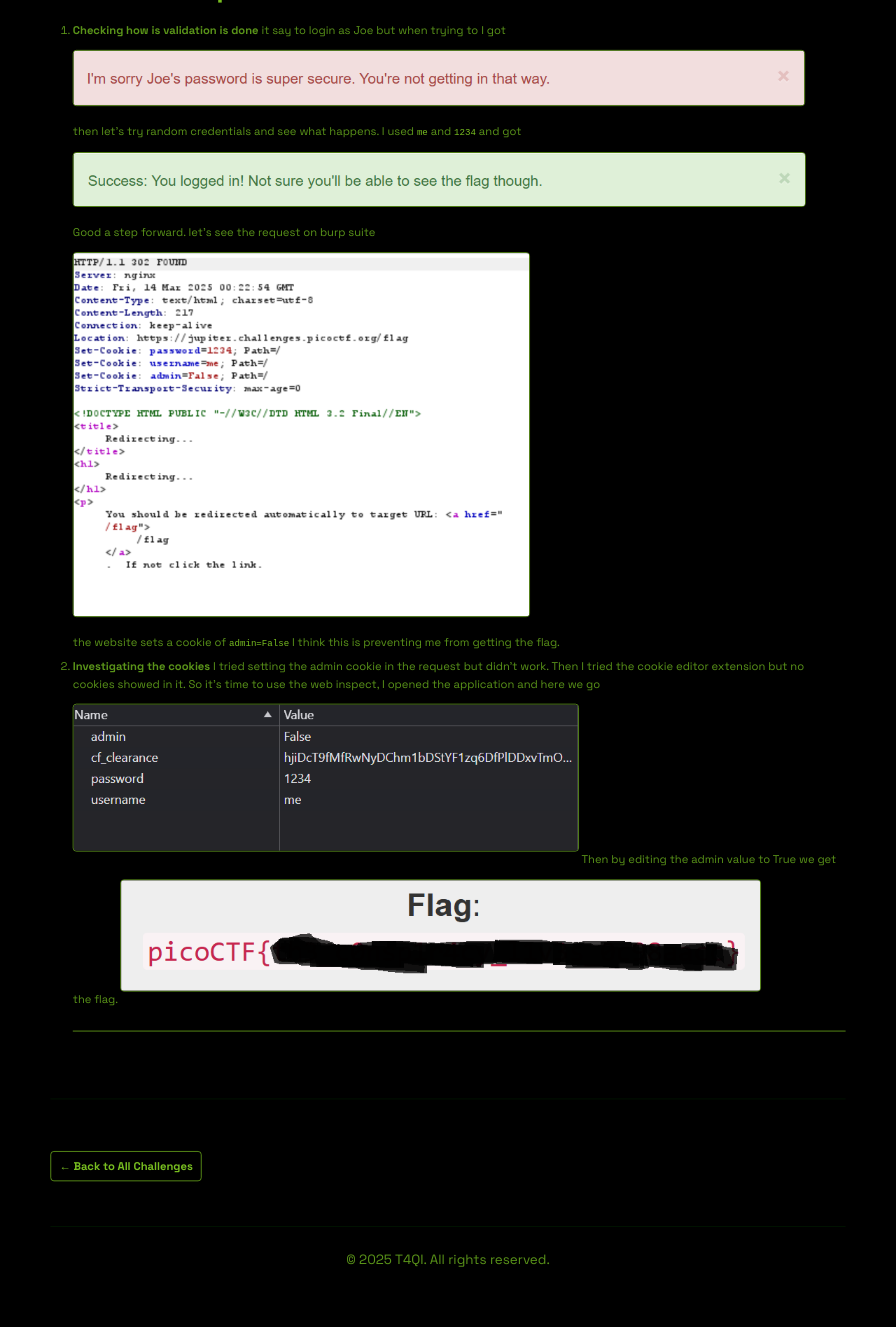
Repository: mohamedsoliman-tq/Website
Page: blogs/picoCTF/logon.html
The author's editor kept a copy of each file at every save. The page is drawn from the files as they stood at one save, then again after a run of saves.
The browser window is 1280 px wide. The pictures show the part of the page from y = 1589 to 3509 px (the page is 3484 px tall before and 3509 px after), at 70% of full size.

Above is the page before, as saved 2025-03-14 03:04:45.

### blogs/picoCTF/logon.html
<!DOCTYPE html>
<html>

<head>
    <meta charset="UTF-8">
    <meta name="viewport" content="width=device-width, initial-scale=1.0">
    <title>Logon</title>
    <link rel="stylesheet" href="/css/blog.css">
</head>

<body>
    <nav>
        <ul>
            <li><a href="/">Home</a></li>
            <li><a href="/Projects.html">Projects</a></li>
            <li><a href="/Blogs.html">Blog</a></li>
        </ul>
    </nav>
    <div class="container">
        <div class="section" id="12---logon---security-challenge-write-up">
            <h1>12 - logon - Security Challenge Write-Up</h1>

            <p><strong>Date:</strong> 14/03/2025 </p>
            <p><strong>Challenge Category:</strong> #Web-Security </p>
            <p>Platform: #picoCTF </p>
            <p><strong>Difficulty:</strong> #Easy </p>
            <p><strong>Status:</strong> #Solved </p>

            <hr>
        </div>
        <div class="section" id="problem-description">
            <h2>Problem Description</h2>

            <p>*The factory is hiding things from all of its users. Can you login as Joe and find what they've been
                looking at? <code>https://jupiter.challenges.picoctf.org/problem/44573/</code> (<a
                    href="https://jupiter.challenges.picoctf.org/problem/44573/" class="read-more">link</a>) or
                http://jupiter.challenges.picoctf.org:44573</p>

            <p>- <strong>Target:</strong> https://jupiter.challenges.picoctf.org/problem/44573/</p>
            <p>- <strong>Goal:</strong> extract a flag</p>
            <p>- <strong>Initial Observations:</strong> Nothing interesting</p>
            <hr>

        </div>
        <div class="section" id="tools-used">
            <h2>Tools Used</h2>

            <p>- Web Inspect</p>

            <hr>

        </div>
        <div class="section" id="solution-steps">
            <h2>Solution Steps</h2>


            <ol>
                <li><strong>Checking how is validation is done</strong> it say to login as Joe but when trying to I got
                    <br><img src="pics/Pasted image 20250314021830.png" alt="Pasted image 20250314021830.png"><br> then
                    let's try random credentials and see what happens. I used <code>me</code> and <code>1234</code> and
                    got <br><img src="pics/Pasted image 20250314022019.png" alt="Pasted image 20250314022019.png"><br> Good a
                    step forward. let's see the request on burp suite <br><img src="pics/Pasted image 20250314022203.png"
                        alt="Pasted image 20250314022203.png"><br> the website sets a cookie of <code>admin=False</code> I
                    think this is preventing me from getting the flag. </li>
                <li><strong>Investigating the cookies</strong> I tried setting the admin cookie in the request but
                    didn't work. Then I tried the cookie editor extension but no cookies showed in it. So it's time to
                    use the web inspect, I opened the application and here we go <img
                        src="pics/Pasted image 20250314022639.png" alt="Pasted image 20250314022639.png"> Then by
                    editing the admin value to True we get the flag. <img src="pics/Pasted image 20250314022828.png"
                        alt="Pasted image 20250314022828.png">
                    <hr>
                </li>
            </ol>
        </div>
        <div class="section">
            <a href="/blogs/picoCTF/picoCTF.html" class="read-more">← Back to All Challenges</a>
        </div>
        <footer>
            <p>&copy; 2025 T4QI. All rights reserved.</p>
        </footer>
    </div>
</body>

</html>

### css/blog.css
@import url('https://fonts.googleapis.com/css2?family=Space+Grotesk:wght@300;400;700&display=swap');

    :root {
        --primary-black: #000000;
        --green-accent: #78BE20;
        --dark-green: #5a9419;
    }

    * {
        margin: 0;
        padding: 0;
        box-sizing: border-box;
        font-family: 'Space Grotesk', sans-serif;
    }

    body {
        background-color: var(--primary-black);
        color: var(--green-accent);
        line-height: 1.6;
    }

    .container {
        max-width: 1200px;
        margin: 0 auto;
        padding: 2rem;
    }

    .section {
        padding: 4rem 0;
        border-bottom: 1px solid #001a00;
    }

    /* Navigation Styles */
    nav {
        background: rgba(0, 0, 0, 0.95);
        padding: 1rem;
        position: sticky;
        top: 0;
        border-bottom: 2px solid var(--green-accent);
        z-index: 100;
    }

    nav ul {
        display: flex;
        justify-content: space-around;
        list-style: none;
    }

    nav a {
        color: var(--green-accent);
        text-decoration: none;
        padding: 0.5rem 1rem;
        transition: all 0.3s;
    }

    nav a:hover {
        color: var(--dark-green);
        text-shadow: 0 0 10px var(--green-accent);
    }

    /* Hero Section Styles */
    .hero {
        text-align: center;
        padding: 4rem 0;
        background: linear-gradient(45deg, var(--primary-black), #001100);
    }

    h1, h2, h3, h4, h5, h6 {
        color: var(--green-accent);
        margin-bottom: 1rem;
    }

    h1 {
        font-size: 3.5rem;
        text-shadow: 0 0 15px var(--green-accent);
    }

    h2 {
        font-size: 2.5rem;
    }

    p {
        color: var(--dark-green);
        font-size: 1.2rem;
        margin-bottom: 1rem;
    }

    /* Code blocks */
    pre {
        background: #000a00;
        padding: 1.5rem;
        border-radius: 5px;
        border: 1px solid var(--green-accent);
        overflow-x: auto;
        margin: 1.5rem 0;
    }

    code {
        font-family: monospace;
        color: var(--green-accent);
    }

    /* List styling */
    ul, ol {
        margin-left: 2rem;
        margin-bottom: 1.5rem;
        color: var(--dark-green);
    }

    li {
        margin-bottom: 0.5rem;
    }

    /* Links */
    a {
        color: var(--green-accent);
        text-decoration: none;
        transition: all 0.3s;
    }

    a:hover {
        color: var(--dark-green);
        text-shadow: 0 0 10px var(--green-accent);
    }

    .read-more {
        display: inline-block;
        margin-top: 10px;
        padding: 8px 12px;
        font-size: 1rem;
        font-weight: bold;
        color: var(--green-accent);
        text-decoration: none;
        border: 1px solid var(--green-accent);
        border-radius: 5px;
        transition: all 0.3s ease;
    }

    .read-more:hover {
        background-color: var(--green-accent);
        color: var(--primary-black);
        box-shadow: 0 0 10px var(--green-accent);
    }

    /* Images */
    img {
        max-width: 100%;
        border: 1px solid var(--green-accent);
        border-radius: 5px;
        margin: 1rem 0;
    }

    /* Horizontal rule */
    hr {
        border: none;
        height: 1px;
        background-color: var(--green-accent);
        margin: 2rem 0;
    }

    /* Responsive adjustments */
    @media (max-width: 768px) {
        h1 {
            font-size: 2.5rem;
        }

        .container {
            padding: 1rem;
        }

        .section {
            padding: 2rem 0;
        }
    }

    footer {
        text-align: center;
        padding: 2rem;
        color: var(--green-accent);
    }
    .callout {
        padding: 1rem;
        margin: 1rem 0;
        border-radius: 5px;
        border-left: 4px solid #4b6bfb;
        background-color: rgba(75, 107, 251, 0.1);
    }
    .callout-title {
        font-weight: bold;
        margin-bottom: 0.5rem;
    }
    .callout-note { border-left-color: #4b6bfb; background-color: rgba(75, 107, 251, 0.1); }
    .callout-info { border-left-color: #0288d1; background-color: rgba(2, 136, 209, 0.1); }
    .callout-warning { border-left-color: #ffa726; background-color: rgba(255, 167, 38, 0.1); }
    .callout-danger { border-left-color: #ef5350; background-color: rgba(239, 83, 80, 0.1); }
    .callout-success { border-left-color: #66bb6a; background-color: rgba(102, 187, 106, 0.1); }
    .internal-link { color: #7c3aed; text-decoration: none; border-bottom: 1px dotted; }
    .internal-link:hover { text-decoration: underline; }
    mark { background-color: #fff176; padding: 0 2px; }
    .markdown-image { max-width: 100%; height: auto; display: block; margin: 1rem 0; }

After the next 8 saves:
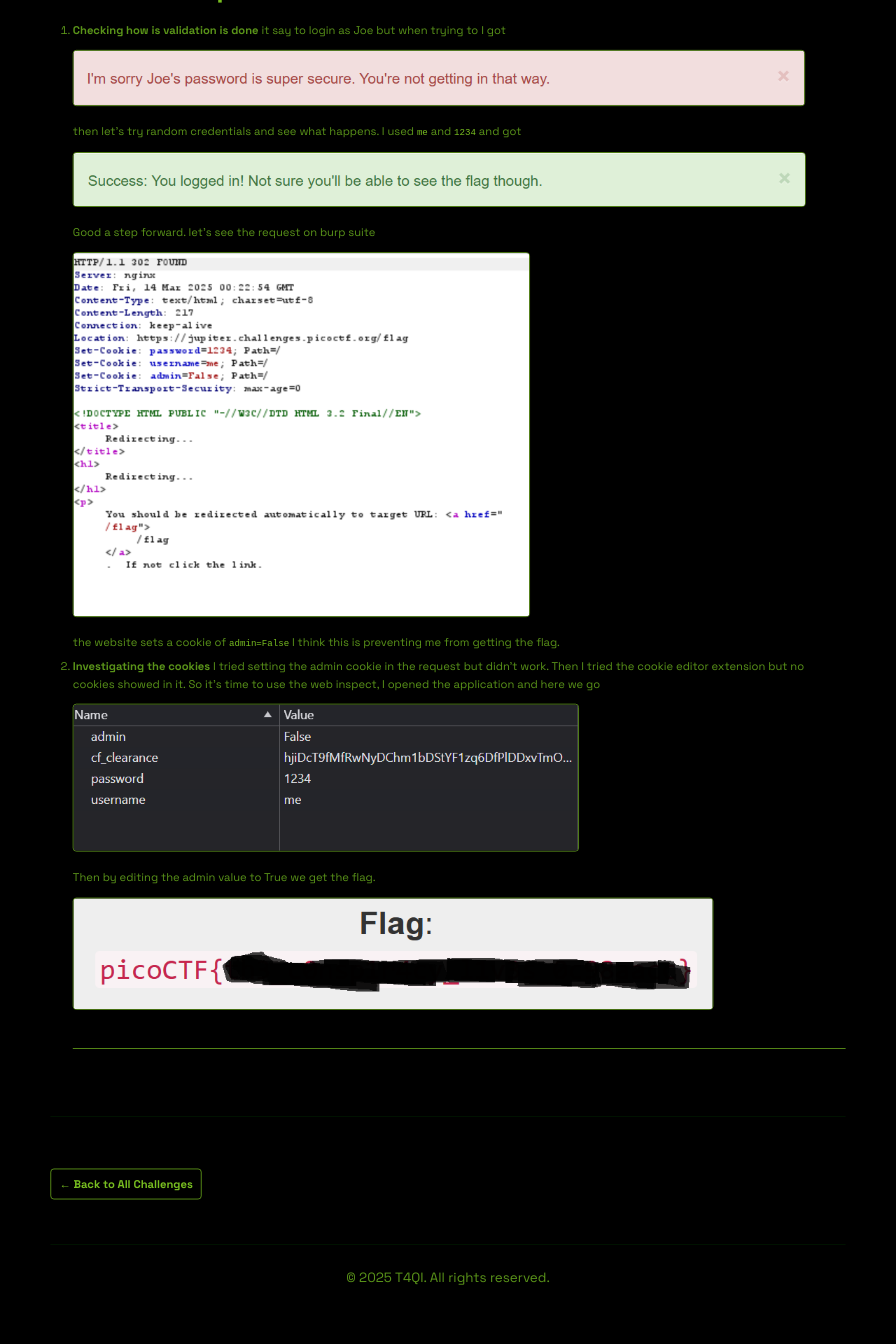
The 8 saves are shown as one change because they came seconds apart.
The last was saved 19 s later.
--- a/blogs/picoCTF/logon.html
+++ b/blogs/picoCTF/logon.html
@@ -64,10 +64,10 @@
                     think this is preventing me from getting the flag. </li>
                 <li><strong>Investigating the cookies</strong> I tried setting the admin cookie in the request but
                     didn't work. Then I tried the cookie editor extension but no cookies showed in it. So it's time to
-                    use the web inspect, I opened the application and here we go <img
-                        src="pics/Pasted image 20250314022639.png" alt="Pasted image 20250314022639.png"> Then by
-                    editing the admin value to True we get the flag. <img src="pics/Pasted image 20250314022828.png"
-                        alt="Pasted image 20250314022828.png">
+                    use the web inspect, I opened the application and here we go <br><img
+                        src="pics/Pasted image 20250314022639.png" alt="Pasted image 20250314022639.png"><br> Then by
+                    editing the admin value to True we get the flag. <br><img src="pics/Pasted image 20250314022828.png"
+                        alt="Pasted image 20250314022828.png"><br>
                     <hr>
                 </li>
             </ol>
